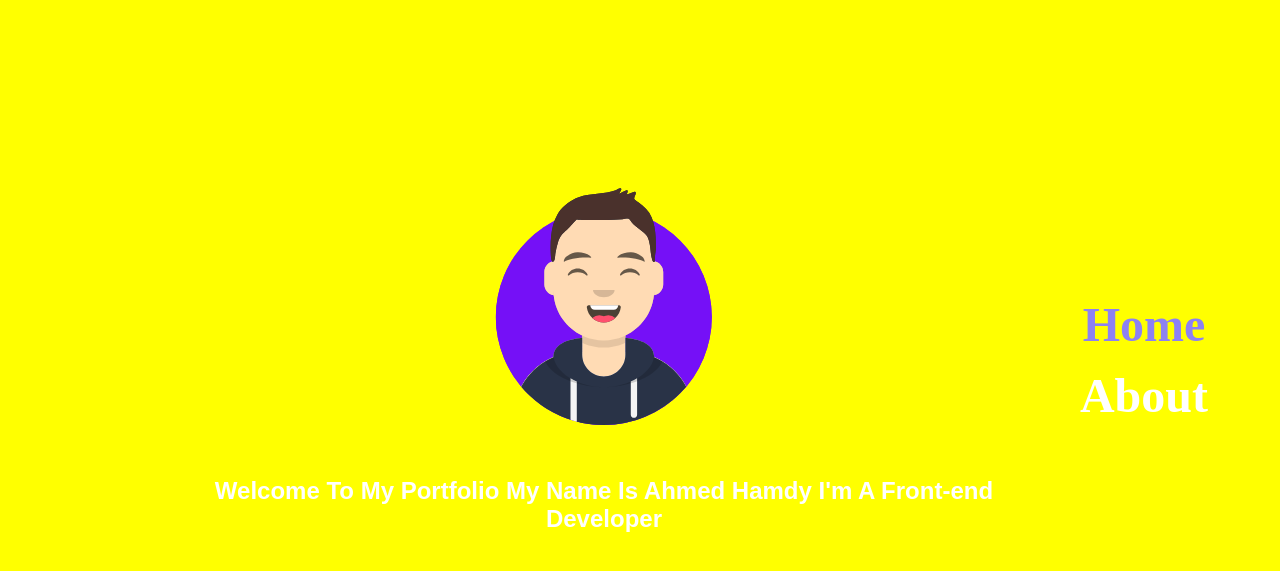
Repository: ahamdy997/portfolio
Page: /
These files come from the project's save history. The page is drawn as it stood at one moment and after the next save; the edit follows.
The browser window is 1280 px wide. The pictures show the whole page.
The project was rebuilt for these pictures with package versions that can differ from the ones it lists, and the page was loaded fresh each time. Also part of the build but not shown: vue.config.js.

Above is the page before, as saved 2023-11-05 23:54:34.

### src/App.vue
<template>
  <div class="flex">
    <router-view />
    <header>
      <nav>
        <router-link to="/">Home</router-link>
        <router-link to="/about">About</router-link>
      </nav>
    </header>
  </div>
</template>

<style>
* {
  box-sizing: border-box;
  padding: 0;
  margin: 0;
}
#app {
  width: 100%;
  height: 100vh;
  display: flex;
  align-items: center;
  justify-content: space-between;
  text-align: center;
}
.flex {
  display: flex;
  align-items: center;
  justify-content: space-between;
  padding: 3rem;
  gap: 5rem;
  width: 100%;
}
header {
  font-size: 1.7rem;
}

nav {
  text-align: center;
  display: flex;
  flex-direction: column;
  gap: 1rem;
  margin-right: 1.5rem;
}
body {
  font-family: sans-serif;
  background: #261c33;
  background: yellow;
  color: #fff;
}
nav a {
  font-family: serif;
  font-weight: bold;
  color: #fff;
  text-decoration: none;
  font-size: 3rem;
  transition: font-style 0.2s;
}
a:hover {
  font-style: italic;
}

nav a.router-link-exact-active {
  color: #8d81f3;
}
</style>

### src/views/HomeView.vue
<template>
  <div class="home">
    <HelloWorld msg="Welcome to Your Vue.js App" />
  </div>
</template>

<script>
// @ is an alias to /src
import HelloWorld from "@/components/HelloWorld.vue";

export default {
  name: "HomeView",
  components: {
    HelloWorld,
  },
};
</script>

### src/components/HelloWorld.vue
<template>
  <div class="hello">
    <img src="../assets/mf-avatar.svg" alt="happy person" />
    <h2>
      Welcome To My Portfolio My Name Is Ahmed Hamdy I'm A Front-end Developer
    </h2>
  </div>
</template>

<script>
export default {
  name: "HelloWorld",
};
</script>

<!-- Add "scoped" attribute to limit CSS to this component only -->
<style scoped>
.hello {
  margin: auto;
  margin-left: 10rem;
}
a {
  color: #42b983;
}
img {
  margin-bottom: 3rem;
}
</style>

Loaded but not shown: public/index.html (common file); src/main.js (common file); src/router/index.js (common file)

After the next save:
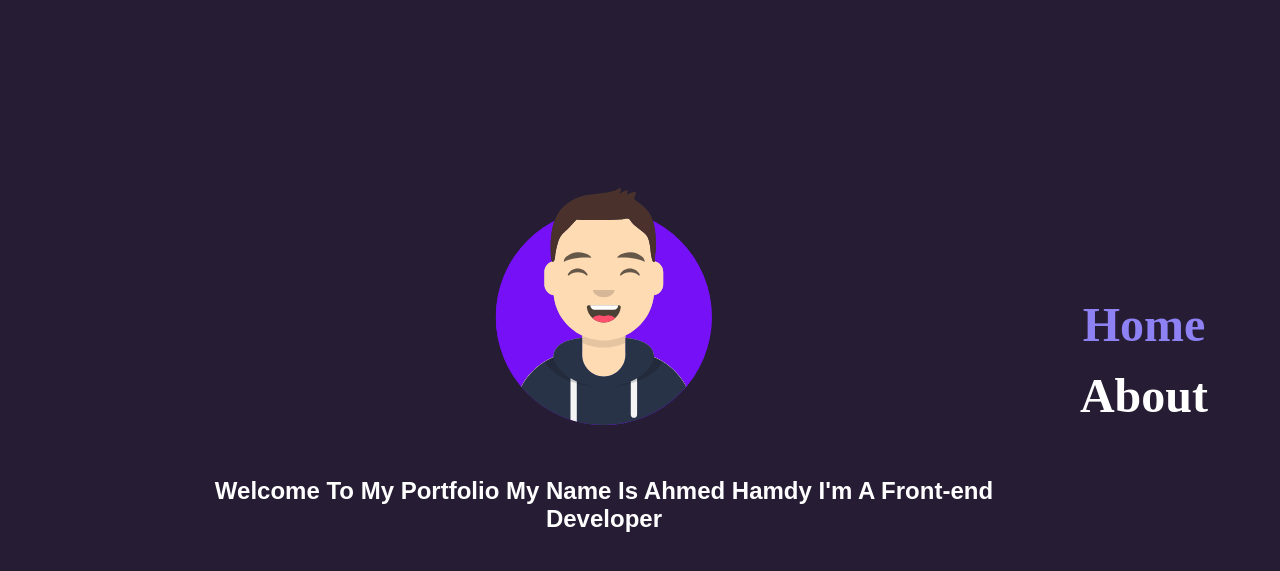
Saved 22 s later.
--- a/src/App.vue
+++ b/src/App.vue
@@ -46,7 +46,7 @@ nav {
 body {
   font-family: sans-serif;
   background: #261c33;
-  background: yellow;
+  /* background: yellow; */
   color: #fff;
 }
 nav a {
